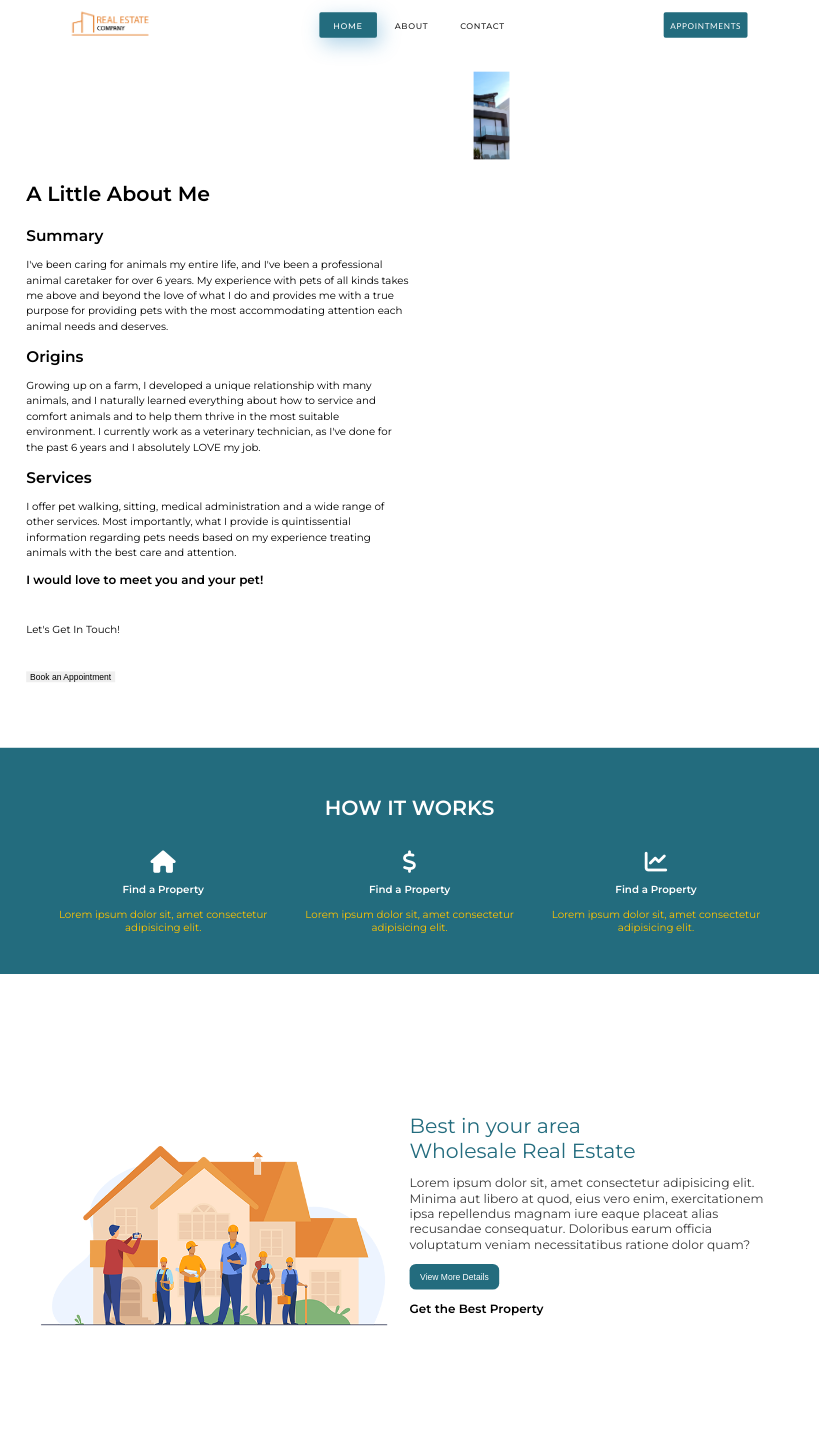
Repository: gabe126679/Mikes-site
Page: /about
An editor plug-in stored every save of this project. The page is shown before and after the next save, followed by the edit.
The browser window is 1280 px wide. The pictures show the whole page, at 64% of full size.
Some web libraries are served in a nearby version. The project was rebuilt for these pictures with package versions that can differ from the ones it lists, and the page was loaded fresh each time. Also part of the build but not shown: src/components/Header.jsx, src/components/Contact.jsx, src/components/Agentbox.jsx, src/components/Agent.jsx, src/components/Bproperty.jsx, src/components/Item.js, src/components/CarouselItem.jsx, src/components/Properties.jsx and 1 more.

Above is the page before, as saved 2022-04-19 14:30:22.

### public/index.html
<!DOCTYPE html>
<html lang="en">
  <head>
    <meta charset="utf-8" />
    <link rel="icon" href="%PUBLIC_URL%/favicon.ico" />
    <meta name="viewport" content="width=device-width, initial-scale=1" />
    <meta name="theme-color" content="#000000" />
    <meta
      name="description"
      content="Web site created using create-react-app"
    />
    <link rel="apple-touch-icon" href="%PUBLIC_URL%/logo192.png" />

    <link rel="manifest" href="%PUBLIC_URL%/manifest.json" />
    <script src="https://kit.fontawesome.com/95dc93da07.js"></script>
    <title>Mike's Homes</title>
  </head>
  <body>
    <noscript>You need to enable JavaScript to run this app.</noscript>
    <div id="root"></div>

  </body>
</html>

### src/index.js
import React from 'react';
import ReactDOM from 'react-dom/client';
import './index.css';
import App from './App';
// import About from './components/About';
// import {
//   BrowserRouter,
//   Routes,
//   Route,
// } from "react-router-dom";

const root = ReactDOM.createRoot(document.getElementById('root'));
root.render(
//   <BrowserRouter>
//     <Routes>
//       <Route path="/" element={<App />}>
//       <Route path="homes" element={<About />} />
//         {/* <Route path="teams" element={<Teams />}>
//             <Route path=":teamId" element={<Team />} />
//             <Route path="new" element={<NewTeamForm />} />
//             <Route index element={<LeagueStandings />} />
//         </Route> */}
//       </Route>
//     </Routes>
//   </BrowserRouter>,
<App />,

);

### src/index.css
@import url('https://fonts.googleapis.com/css2?family=Montserrat:wght@300;400;500;600&display=swap');

/***fontawesome <script src="https://kit.fontawesome.com/95dc93da07.js"></script> *********/



body{
    margin:0px;
    padding: 0px;

    background-color: #ffffff;
    font-family: 'Montserrat', sans-serif;
}
*{
    box-sizing: border-box;
}
ul{
    list-style: none;
}
a{
    text-decoration: none;
}
button{
    outline: none;
    border: none;
}
input{
    outline: none;
    border: none;
}

.logo img{
    width: 120px;
}
.header{

    width:100%;
    height:768px;
    position: relative;
    background-repeat: no-repeat;
    background-size: cover;
    background-image: url("./images/header-bg.png");
}
nav{
	display: flex;
	justify-content: space-around;
	align-items: center;
	left: 0;
	top: 0;
	width:100%;
	z-index: 1;
	background-color: #FFFFFF;
}
nav ul{
	display: flex;
}
.active{
    background-color: #236c7e;
    color:rgb(255, 255, 255);
	box-shadow: 5px 10px 30px rgba(64, 149, 198, 0.411);
	transition: all ease 0.2s;
}
nav ul li a{
	height:40px;
	line-height: 43px;
	margin: 3px;
	padding: 0px 22px;
	display: flex;
	font-size: 0.8rem;
	text-transform: uppercase;
	font-weight: 500;
	color:#242424;
    letter-spacing: 1px;
    border-radius: 3px;
    transition: 0.2s ease-in-out;
}
.property{
    font-family: calibri;
	height:40px;
	line-height: 43px;
	padding: 0px 10px;
	display: flex;
	font-size: 0.8rem;
	text-transform: uppercase;
	font-weight: 500;
	color:#ffffff;
    letter-spacing: 1px;
    border-radius: 3px;
    transition: 0.2s ease-in-out;
    background-color: #236c7e;
}
nav ul li a:hover{
	background-color: #064757;
    color:#FFFFFF;
	box-shadow: 5px 10px 30px rgba(64, 149, 198, 0.411);
	transition: all ease 0.2s;
}
nav .menu-btn,
.menu-icon{
		display:none;
	}
.intro{
	font-family: 'Montserrat';
	width: 500px;
	position: absolute;
	left: 16%;
	top: 50%;
	transform: translate(-20%,-50%);
}
.intro span{
    color: #fc9700;
}
.intro .details{
    color: #1e4f5c;
}
.intro h1{
	font-family:'Montserrat';
	font-size: 46px;
	margin:0px;
	letter-spacing: 3px;
	color:#236c7e;
}
.intro p{
    color: #064757; font-weight: 500;
}
.header-btn{
	width:110px;
	height: 40px;
	display: flex;
	justify-content: center;
    align-items: center;
    background-color: #236c7e;
    box-shadow: 5px 10px 30px rgba(2, 82, 255, 0.137);
    border-radius: 10px;
	color:#ffffff;
}
.header-btn:hover{
	background-color: #04afda;
    transition: all ease 0.5s;
    color: #ffffff;
    box-shadow: 5px 0px 30px rgba(2, 154, 255, 0.39);
}
.container {
    max-width: 1140px;
    margin: 0 auto;
    padding: 0 20px;
}

.flex {
    display: flex;
    justify-content: space-between;
}
.how-it-works {
    padding: 3rem 0;
    background: #236c7e;
    text-align: center;
}

.how-it-works h2 {
    margin-bottom: 3rem;
    font-size: 2rem;
    font-family: 'Montserrat';
    color: #ffffff;
    font-weight: 600;
    text-transform: uppercase;
}

.how-it-works .flex > div {
    width: 30%;
}

.how-it-works h4 {
    color: #ffffff;
    margin-top: 1rem;
}
.how-it-works p{
    color: rgb(255, 196, 0);
}

.how-it-works span.fas {
    color: #ffffff;
    font-size: 35px;
}
  .about{
	width:100%;
	height: 100vh;
	background-color:#ffffff;
	box-sizing: border-box;
	display: flex;
	align-items: center;
	justify-content: space-between;
	padding: 50px 5% 0px 5%;
	position: relative;
}
.about-text{
	width: 50%;
}
.about-text h2{
	font-size: 2rem;
	color:#236c7e;
	font-weight: 400;
}
.about-text h2{
	margin: 0px;
	padding: 0px;
}
.about-text p{
	font-size: 1.2rem;
	color:#3a3a3a;

}
.about-text button{
	width: 140px;
	height: 40px;
	border-radius: 10px;
	border: none;
    outline: none;
    color: #ffffff;
	background-color:#236c7e;
}
.about-text button:hover{
	background-color: #04afda;
    transition: all ease 0.3s;
    color: #ffffff;
    box-shadow: 5px 0px 30px rgba(2, 154, 255, 0.39);
}
.about-model img{
    height: 400px;
}

.agent{
    width:100%;
    height:110vh;
    box-sizing: border-box;
    font-family: calibri;
    display: flex;
    flex-direction: column;
    align-items: center;
    justify-content: center;
    padding-top: 40px ;
    background: #236c7e;
}

.a-heading h1{
    color:#ffffff;
    font-size: 3rem;
    margin: 0px;
    padding: 0px;

}
.a-heading p{
    color:rgb(238, 238, 238);
    font-size: 1rem;
    margin: 0px;
    padding: 0px;
}
.a-heading{
    text-align: center;
    margin: 20px 0px;
}
.a-box{
    background-color: #ffffff;
    width:350px;
    height: 500px;
    margin: 20px;
    border-radius: 10px;
    overflow: hidden;
    box-shadow: 2px 2px 12px rgba(0,0,0,0.1);
    position: relative;
}
.b-container{
    display: flex;
    justify-content: center;
    align-content: center;
    width: 100%;

}
.a-b-img{
    width: 100%;
    height: 70%;

}
.a-b-img img{
    width:100%;
    height: 100%;
    object-fit: contain;
}
.a-b-text{
    width: 100%;
    height: 30%;
    background-color:#ffffff;
    display:flex;
    justify-content: center;
    align-items: center;
    text-align: center;
    flex-direction: column;
}
.a-box:hover{
    transform:translateY(-10px);
    transition: all ease 0.3s;

}
.agent-btn{
	width:110px;
	height: 40px;
	display: flex;
	justify-content: center;
    align-items: center;
    background-color: #236c7e;
    box-shadow: 5px 10px 30px rgba(2, 82, 255, 0.137);
    border-radius: 10px;
	color:#ffffff;
}
.agent-btn:hover{
	background-color: #04afda;
    transition: all ease 0.5s;
    color: #ffffff;
    box-shadow: 5px 0px 30px rgba(2, 154, 255, 0.39);
}

.product{
	width: 100%;
	background-color: #FFFFFF;
	display: flex;
	height: 760px;
	flex-direction: column;
	align-items: center;
	padding:40px 20px;
	position: relative;
	border-radius: 10px;
	margin-top: 70px;
}


.p-heading{

	margin:20px;
	text-shadow: 2px 2px 10px rgba(0,0,0,0.05);
}
.p-heading h3{
	font-weight: 600;
	letter-spacing: 2px;
	text-align: center;
	font-size:2.5rem;
	color:#323543;

}
.p-heading h3 font{
	color:#303030;
}
.product-container{
	display: flex;
	justify-content: center;
	align-items: center;
	flex-wrap: wrap;
	margin: 10px 0px;
	width:100%;
}
.p-box{
	width:350px;
	height: 420px;
	display: flex;
	justify-content: center;
	align-items: center;
	flex-direction: column;
	border-radius: 12px;
	position: relative;
	margin: 20px 30px;
    background-color: rgb(255, 255, 255);
    box-shadow: 2px 2px 30px rgba(0,0,0,0.1);
}
.p-box img{
	height:150px;
}
.p-box p{
	color:#4d4d4d70;
	font-family: myriad pro;
	font-size: 0.9rem;
	letter-spacing: 0.5;
}
.price-container {
  display: flex;
  align-items: center;
  justify-content: center;
}
.price{
	color:#2c2c2c;
	font-family: poppins;
	font-size: 1rem;
  position: relative;
  bottom: 120px;
  width: 100%;
  height: 100px;
  text-align: center;
}
.container-reviews {
  display: flex;
  align-items: center;
  height: 100%;
  position: relative;
  top: -70px;
}
.buy-btn{
	position: absolute;
	width:140px;
	height: 60px;
	display: flex;
	justify-content: center;
	align-items: center;
	font-family:calibri;
	left: 50%;
	bottom: 20px;
	transform: translateX(-50%);
	border-radius: 15% 15% 15% 15% / 50% 50% 50% 50%;
	background:linear-gradient(120deg,#064757 20%,#04afda);
	color:#FFFFFF;
	display: none;
	animation: fade 0.2s;
}
.p-box:hover .buy-btn{
	display: flex;
}
.p-box:hover{
	box-shadow: 2px 2px 30px rgba(0, 0, 0, 0.233);
	background-color:#FFFFFF;
}
.p-box:hover .price{
	color:#04afda;
	transition: all ease 0.2s;
}

@keyframes fade{
	0%{
		opacity: 0;
	}
	100%{
		opacity: 1;
	}
}
.contact{
    background-color: #236c7e;
	display:flex;
	flex-direction: column;
	justify-content: center;
	align-items: center;
    margin:8px 3px;
    margin-top: 1000px;
    padding: 30px 0px;
  overflow: hidden;
}
.contact h3{
	font-size:2.5rem;
    margin:20px;
    color: #ffffff;
}
.contact-input{
	width:350px;
	height:50px;
	background-color:#FFFFFF;
	display:flex;
	justify-content: center;
	border-radius: 50px;
	box-shadow: 2px 2px 30px rgba(0,0,0,0.15);
}
.contact-input input{
	width:100%;
	background-color: transparent;
	border:none;
	outline: none;
	text-align: center;
	color:#242425;
}
.contact-input a{
	width:150px;
	height:35px;
	background-color:#236c7e;
	color:#FFFFFF;
	display: flex;
	font-size: 0.9rem;
	justify-content: center;
	align-items: center;
	margin: auto 10px;
	border-radius: 20px;
	font-weight: 500;
}

.carousel {
  font-family: sans-serif;
  display: flex;
  align-items: center;
  justify-content: center;
  height: 100vh;
  object-fit: contain;

}
.carousel-img {
  width: 100%;
  object-fit: fill;
}
@media(min-width:1285px) {
  .contact {
    margin-top: 550px;
  }
}
@media(max-width:1190px){
	.header{
        background-size: 1150px !important;
        text-align: center;
	}
	.intro{
		left: 10%;
		top: 50%;
		transform: translate(-10%,-50%);
	}
	.about-model img{
		height:400px;
    }
    .agent{
		height:auto;
    }
    .b-container{
		flex-wrap: wrap;
	}
    .a-box{
		flex-grow: 1;
	}
	.a-b-img img{
		object-fit:contain;
	}


}

@media(max-width:970px){
  .header {
    background-image: none;
  }
	.main{
		background-image: none !important;

	}
	.intro{
		left: 50%;
		top: 50%;
		transform: translate(-50%,-50%);
    }

	.about-model{
		display: none;
	}
	.about{
        text-align: center;
		justify-content: center;
		padding-top: 0px;
	}
	.about-text{
		width: 90%;
	}
	.about-text h1{
		font-size:4rem;
  }
  .product{
    width: 100%;
    background-color: #FFFFFF;
    display: flex;
    height: 760px;
    flex-direction: column;
    align-items: center;
    padding:40px 20px;
    position: relative;
    border-radius: 10px;
    margin-top: 70px;
  }


}
@media(max-width:875px){
  .carousel-item {
    display: none;
  }
}
@media(max-width:600px){
	.intro{
		width:60%;
    }}
    .scroll{
      left: 42.5%;
    }
  .header-btn{
    margin-right: 38%;
  }


    @media (max-width: 500px) {
        .how-it-works .flex {
            display: block;
        }
        .header-btn{
          margin-right: 28%;
        }
        .how-it-works .flex > div {
            width: 100%;
            margin-top: 2rem;
        }


@media(max-width:1100px){.menu-icon{
    display:block;}

        nav{
            justify-content: space-between;
            height: 65px;
            padding: 0px 30px;
            position: fixed;
        }
        .property{
            background: none;
            font-size: 13px;
            color: #000;
            padding: 0px;
        }
        .logo img{
            width:70px;
        }
        .menu{
            display:none;
            position:absolute;
            top:65px;
            left:0px;
            background-color:#FFFFFF;
            border-bottom:4px solid #064757;
            width:100%;
            padding:0px;
            margin:0px;
        }
        .menu li{
            width:100%;
        }
        nav .menu li a{
            width:100%;
            height:40px;
            justify-content: center;
            align-items: center;
            margin:0px;
            padding: 25px;
            border:1px solid rgba(38,38,38,0.03);
        }
        nav .menu-icon{
            cursor:pointer;
            float:right;
            padding:28px 20px;
            position:relative;
            user-select: none;
        }
        nav .menu-icon .nav-icon{
            background-color:#333333;
            display:block;
            height:2px;
            position:relative;
            transition: background 0.2s ease-out;
            width:20px;
        }
        nav .menu-icon .nav-icon:before,
        nav .menu-icon .nav-icon:after{
            background:#333;
            content:'';
            display:block;
            height:100%;
            position:absolute;
            transition:all ease-out 0.2s;
            width:100%;
        }
        nav .menu-icon .nav-icon:before{
            top:5px;
        }
        nav .menu-icon .nav-icon:after{
            top:-5px;
        }
        nav .menu-btn:checked ~ .menu-icon .nav-icon{
            background:transparent;
        }
        nav .menu-btn:checked ~ .menu-icon .nav-icon:before{
            transform: rotate(-45deg);
            top:0;
        }
        nav .menu-btn:checked ~ .menu-icon .nav-icon:after{
            transform: rotate(45deg);
            top:0;
        }
        nav .menu-btn{
            display:none;
        }
        nav .menu-btn:checked ~ .menu{
            display:block;
        }}
        @media(max-width:400px){
            .s-box{
                width: 100%;
                height:400px;
            }
            .header-btn{
              margin-left: 38%;
            }

        }}

### src/App.js
import React from 'react';
import Header from './components/Header'
import Howitworks from './components/Howitworks'
import About from './components/About'
import PageAbout from './components/PageAbout'
import Agent from './components/Agent'
import Properties from './components/Properties'
import Contact from './components/Contact'
import All from './components/All'
import {
  BrowserRouter,
  Routes,
  Route,
} from "react-router-dom";


function App() {
  return (
    <div className="App">
      <BrowserRouter>
        <Routes>
          <Route
            path="/"
            element={<All />}
          />
          <Route
            path="/about"
            element={<PageAbout />}
          />
          <Route
            path="/contact"
            element={<Contact />}
          />
          <Route
            path="/Howitworks"
            element={<Howitworks />}
          />
        </Routes>

          {/* <Header />
          <Howitworks />
          <About />
          <Agent />
          <Properties />
          <Contact /> */}

      </BrowserRouter>
    </div>
  );
}

export default App;

### src/components/Howitworks.jsx
import React from 'react'

function Howitworks() {
  return (
    <div className="how-it-works">
        <div className="container">
            <h2>How It Works</h2>
            <div className="flex">
                <div>
                    <span className="fas fa-home"></span>
                    <h4>Find a Property</h4>
                    <p>Lorem ipsum dolor sit, amet consectetur adipisicing elit.</p>
                </div>

                <div>
                    <span className="fas fa-dollar-sign"></span>
                    <h4>Find a Property</h4>
                    <p>Lorem ipsum dolor sit, amet consectetur adipisicing elit.</p>
                </div>

                <div>
                    <span className="fas fa-chart-line"></span>
                    <h4>Find a Property</h4>
                    <p>Lorem ipsum dolor sit, amet consectetur adipisicing elit.</p>
                </div>
            </div>
        </div>
    </div>
  )
}

export default Howitworks;

### src/components/About.jsx
import React from 'react'
import aboutimage from '../images/hero.png';
import Contact from "./Contact"

function About() {
  return (
    <div className="about">
        <div className="about-model">
          <img src={aboutimage} alt="about image"/>
        </div>
        <div className="about-text">
          <h2>Best in your area <br/>Wholesale Real Estate</h2>
          <p>Lorem ipsum dolor sit, amet consectetur adipisicing elit. Minima aut libero at quod, eius vero enim, exercitationem ipsa repellendus magnam iure eaque placeat alias recusandae consequatur. Doloribus earum officia voluptatum veniam necessitatibus ratione dolor quam?</p>
          <button>View More Details</button>
          <h3>Get the Best Property</h3>
        </div>
    </div>
  )
}

export default About

### src/components/PageAbout.jsx
import React from 'react'
import ImageOne from '../images/home-1.jpg';
import styled from 'styled-components';
import Navbar from "./Navbar"
import About from "./About"
import Agent from "./Agent"
import Howitworks from "./Howitworks"

const Section = styled.section`
  display: flex;
  flex-direction: column;
  justify-content: center;
`;

const Container = styled.div`
  background: #fff;
  padding: 3rem 2rem;
  position: relative;
`;

const Wrap = styled.div`
  max-width: 1200px;
  margin: 0 auto;
`;

const ColumnLeft = styled.div`
  display: flex;
  flex-wrap: wrap;
  margin: 0px -15px;
  justify-content: flex-start;
  padding: 1rem;
`;

const Content = styled.div`
  flex: 0 0 50%;

  @media screen and (max-width: 768px) {
    flex: 0 0 100%;
    max-width: 100%;
    margin-top: 250px;
  }

  h1 {
    margin-bottom: 2rem;
    font-size: 2rem;
  }

  p {
    margin-bottom: 1rem;
    line-height: 1.5;
  }
`;

const ColumnRight = styled.div`
  position: absolute;
  top: -80px;
  right: 0;
  max-width: 850px;
  height: 140%;
  width: 45%;
  padding-left: 1rem;

  @media screen and (max-width: 768px) {
    height: 320px;
    top: -65px;
    width: 80%;
    margin: 0 auto;
    left: 0;
  }
`;

const Image = styled.img`
  height: 100%;
  width: 100%;
  object-fit: cover;
  position: relative;
  left: 20px;
  overflow: hidden;

  @media (min-width: 768px) {
    height: 10%;
    width: 10%;
  }
`;

function PageAbout() {
  return (
    <div>
    <Section>
        <Navbar/>
        <br/>
        <br/>
        <br/>
        <br/>
        <br/>
        <br/>

        <Container>
            <Wrap>
            <ColumnLeft>
                <Content
                data-aos='fade-right'
                data-aos-duration='1200'
                data-aos-delay='300'
                data-aos-once='true'
                data-aos-anchor-placement='center bottom'
                className="border rounded text-center"
                >

                <h1 >A Little About Me</h1>
                <h2 >Summary</h2>
                <p>
                    I've been caring for animals my entire life, and I've been a professional animal caretaker for over 6 years. My experience with pets of all kinds takes me above and beyond the love of what I do and provides me with a true purpose for providing pets with the most accommodating attention each animal needs and deserves.
                </p>
                <h2 >Origins</h2>
                <p>
                    Growing up on a farm, I developed a unique relationship with many animals, and I naturally learned everything about how to service and comfort animals and to help them thrive in the most suitable environment. I currently work as a veterinary technician, as I've done for the past 6 years and I absolutely LOVE my job.
                </p>
                <h2 >Services</h2>
                <p>
                    I offer pet walking, sitting, medical administration and a wide range of other services. Most importantly, what I provide is quintissential information regarding pets needs based on my experience treating animals with the best care and attention.
                </p>
                <h3 >I would love to meet you and your pet!</h3>
                <br/>
                <p >Let's Get In Touch!</p>
                <br/>
                <p>

                </p>
                <div className="wide">
                    <button class="btn" to='/form' >Book an Appointment</button>
                </div>
                <br/>
                <br/>

                </Content>
            </ColumnLeft>
            <ColumnRight>
                <Image
                src={ImageOne}
                />
            </ColumnRight>
            </Wrap>
        </Container>
      <Howitworks/>
      <About/>
    </Section>


    </div>
  )
}

export default PageAbout;

### src/components/Navbar.jsx
import React from 'react'
import logo from "../images/logo1.png"
import { Link } from "react-router-dom";

function Navbar() {
  return (
    <nav>
        <a href="/homes" className="logo">
            <img src={logo} alt="logo"/>
        </a>
        <input className="menu-btn" type="checkbox" id="menu-btn"/>
        <label className="menu-icon" for="menu-btn">
            <span className="nav-icon"></span>
        </label>
        <ul className="menu">
            <li><Link to="/about" className="active">Home</Link></li>
            <li><Link to="/about">About</Link></li>
            <li><Link to="/contact">Contact</Link></li>
        </ul>
        <Link to="/howitworks" className="property">Appointments</Link>
        {/* <a href="/homes" className="property"></a> */}
    </nav>
  )
}

export default Navbar

After the next save:
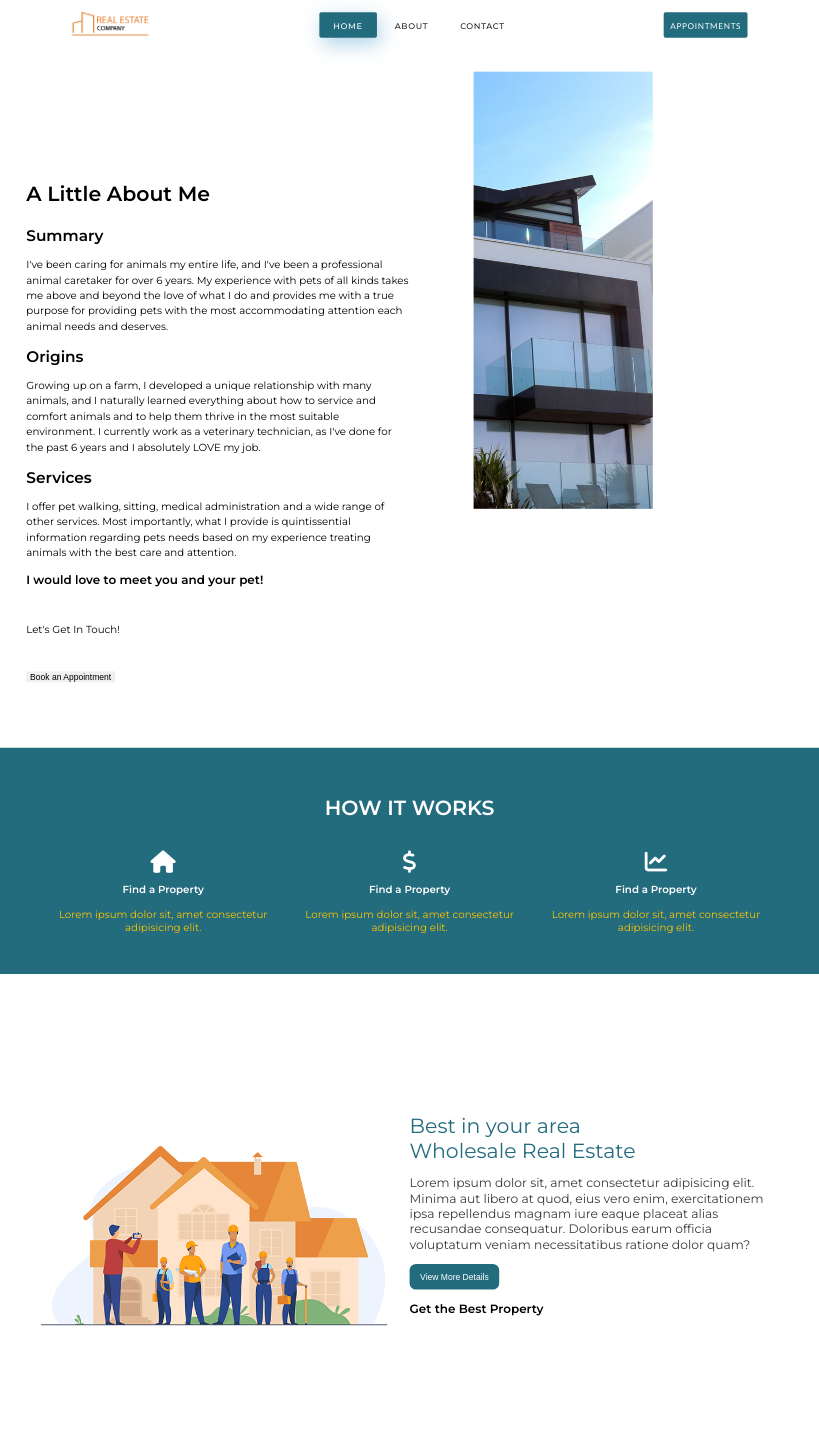
Saved 5 s later.
--- a/src/components/PageAbout.jsx
+++ b/src/components/PageAbout.jsx
@@ -78,8 +78,8 @@ const Image = styled.img`
   overflow: hidden;
 
   @media (min-width: 768px) {
-    height: 10%;
-    width: 10%;
+    height: 50%;
+    width: 50%;
   }
 `;
 
